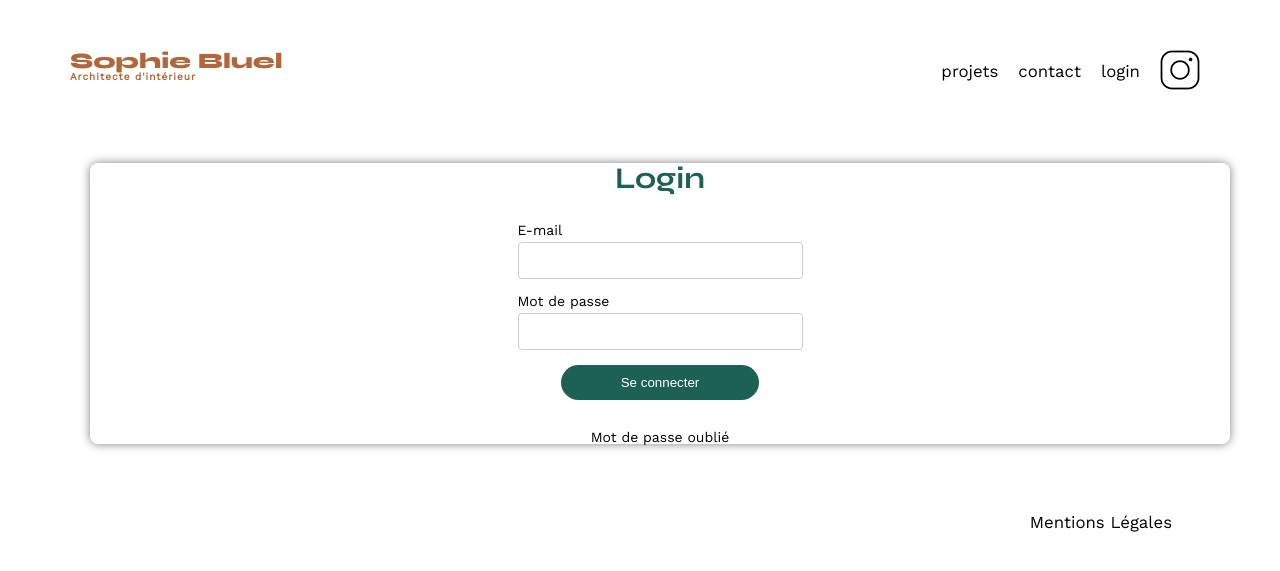
Repository: ByteVoyageur/OC-P6
Page: FrontEnd/assets/pages/login.html
An editor plug-in stored every save of this project. The page is shown before and after the next save, followed by the edit.
The browser window is 1280 px wide. The pictures show the whole page.
The page's requests for data from a server got no answer.

Above is the page before, as saved 2023-10-13 13:00:25.

After the next save:
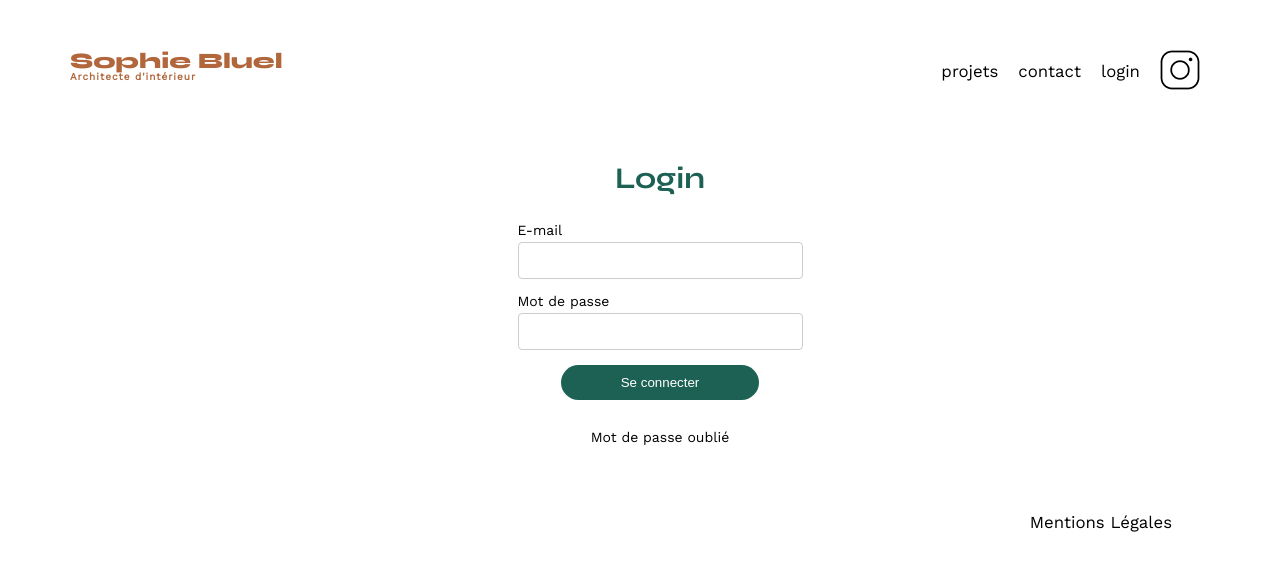
Saved 56 s later.
--- a/FrontEnd/assets/style.css
+++ b/FrontEnd/assets/style.css
@@ -309,7 +309,6 @@ footer nav ul {
   align-items: center;
   background-color: #ffffff;
   border-radius: 8px;
-  box-shadow: 0px 0px 10px rgba(0, 0, 0, 0.5);
 }
 
 #login-page-form {
